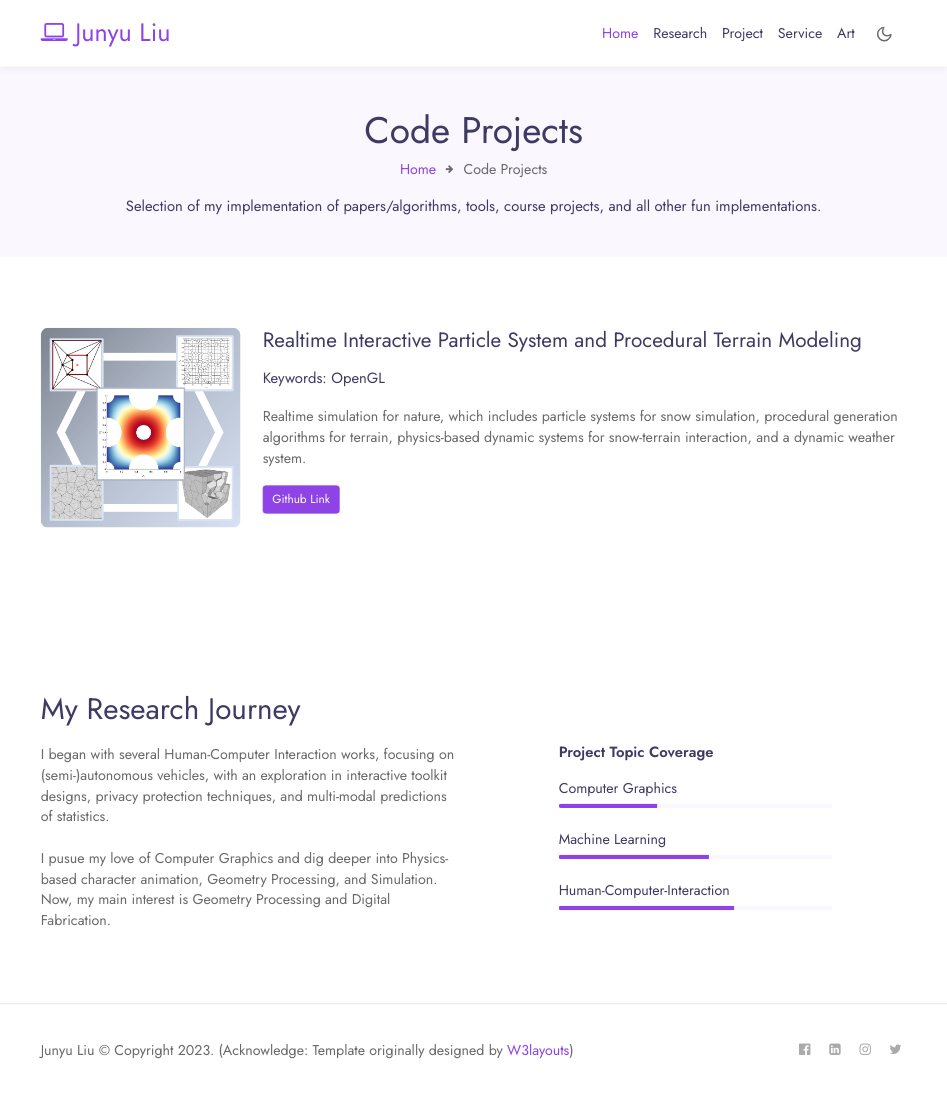
Repository: Junyu-Liu-Nate/junyu-liu-nate.github.io
Page: project.html
The author's editor kept a copy of each file at every save. The page is drawn from the files as they stood at one save, then again after the next save.
The browser window is 1280 px wide. The pictures show the whole page, at 74% of full size.

Above is the page before, as saved 2024-04-10 18:07:37.
Console error: TypeError: Cannot read properties of null (reading 'classList')

After the next save:
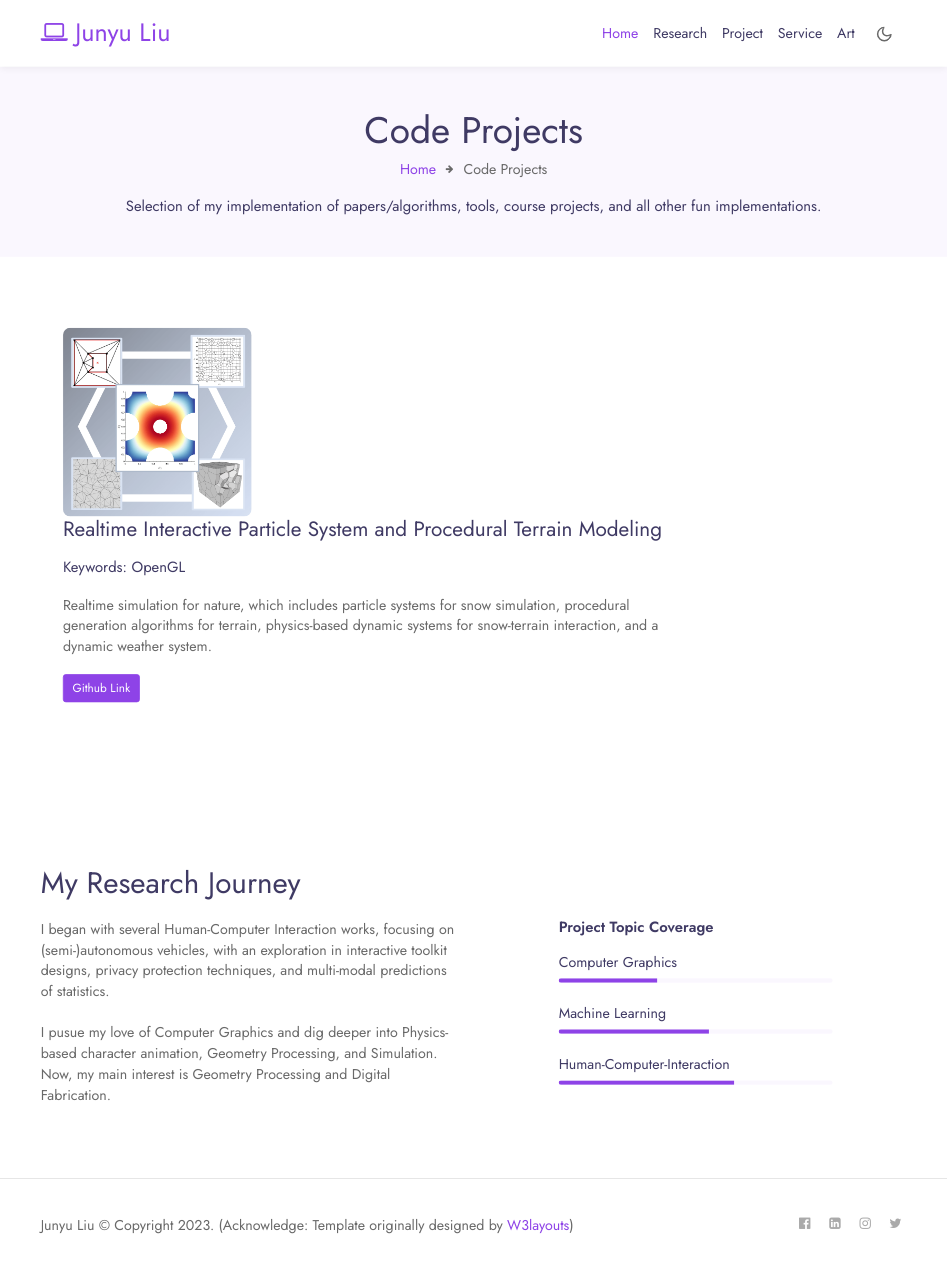
Saved 119 s later.
--- a/project.html
+++ b/project.html
@@ -99,7 +99,7 @@ Author URL: http://w3layouts.com
 <section class="w3l-aboutblock1" id="about">
     <div class="midd-w3 py-5">
         <div class="container py-lg-5 py-md-3">
-              <div class="row">
+              <div class="col">
                 <div class="col-lg-3">
                   <div class="position-relative">
                       <img src="assets/images/project/thumnail/port-FEM-vs-VEM.png" alt="" class="radius-image img-fluid">
